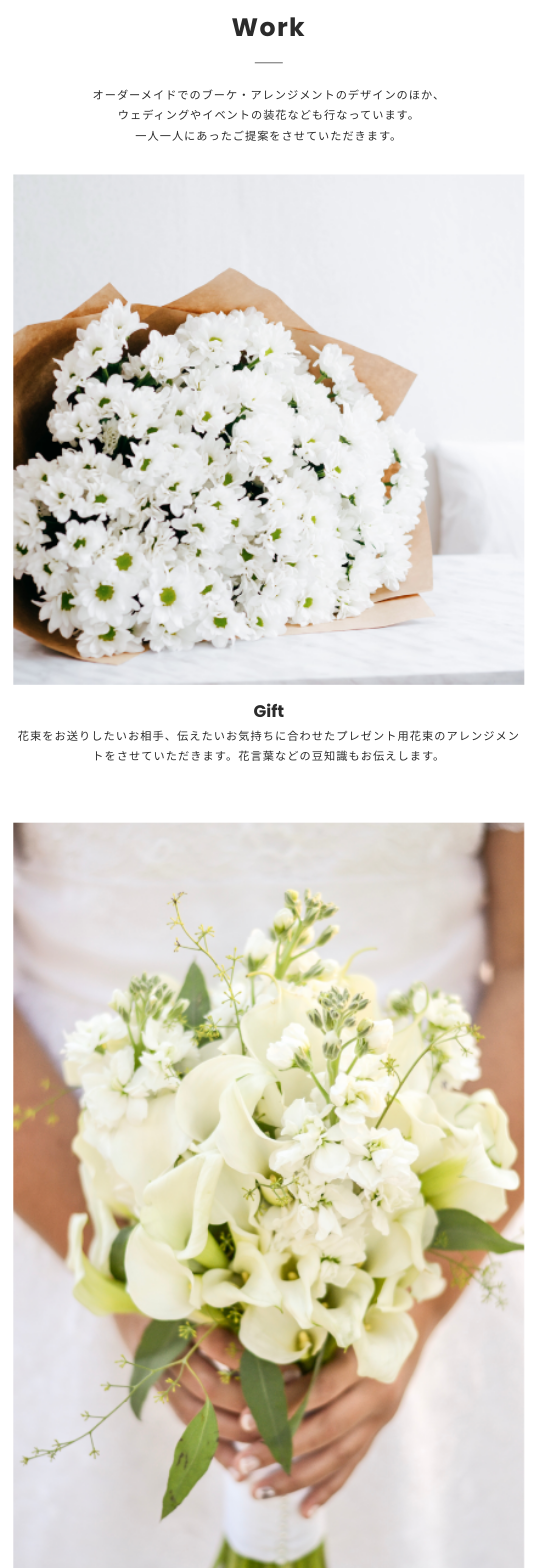
Repository: kami8ma8810/Portfolio-Findjob
Page: public/2019/Shiro/index.html
An editor plug-in stored every save of this project. The page is shown before and after the next save, followed by the edit.
The browser window is 768 px wide. The pictures show the part of the page from y = 1485 to 3725 px (the page is 8214 px tall before and 7491 px after), at 70% of full size.
Some web libraries are served in a nearby version.

Above is the page before, as saved 2019-06-19 22:37:42.

After the next save:
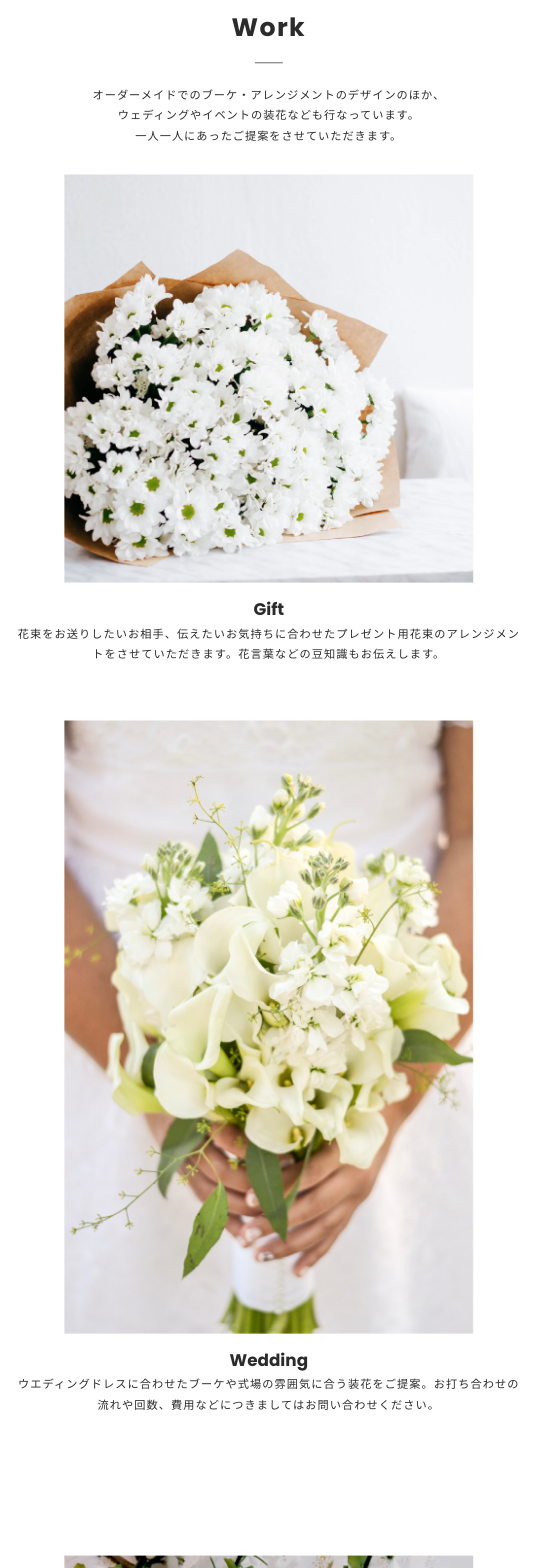
Saved 63 s later.
--- a/public/2019/Shiro/responsive.css
+++ b/public/2019/Shiro/responsive.css
@@ -18,6 +18,10 @@
     width: 100%;
     text-align: center;
   }
+  .work_content_img {
+    width: 80%;
+    height: auto;;
+  }
 }
 
 

After the 2 saves that followed:
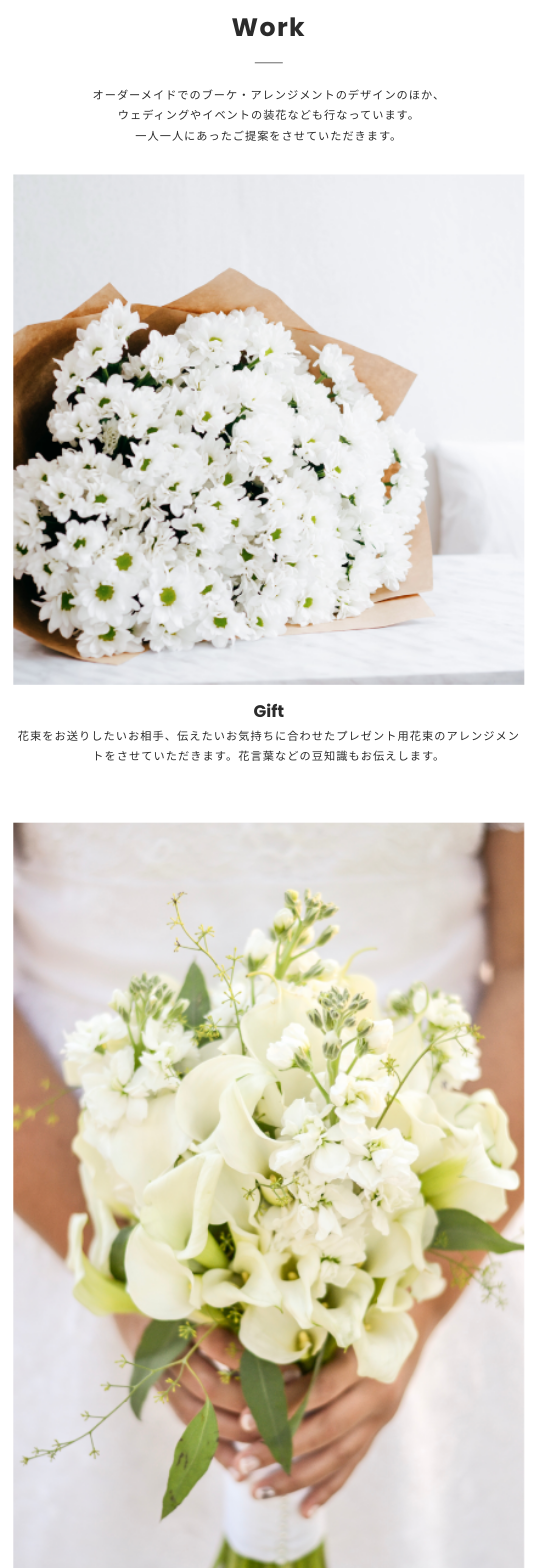
The 2 saves are shown as one change because 1 left the picture as it was.
The last was saved 43 s later.
--- a/public/2019/Shiro/responsive.css
+++ b/public/2019/Shiro/responsive.css
@@ -18,10 +18,7 @@
     width: 100%;
     text-align: center;
   }
-  .work_content_img {
-    width: 80%;
-    height: auto;;
-  }
+
 }
 
 
